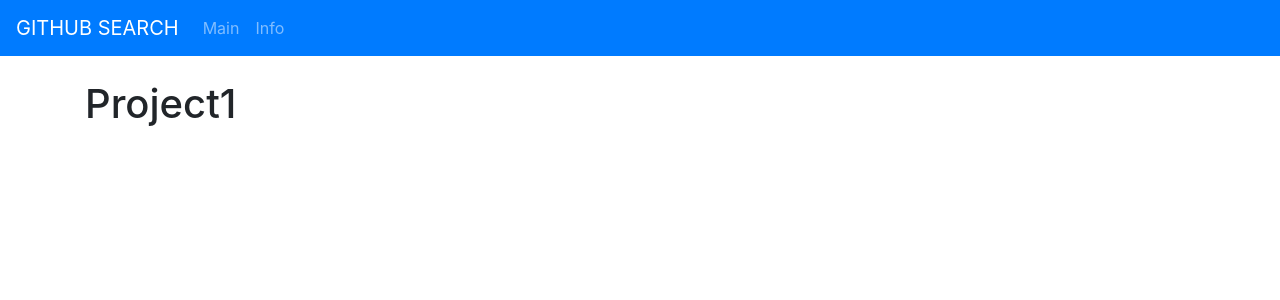
Repository: PGVlasov/react-hooks-petr
Page: /
An editor plug-in stored every save of this project. The page is shown before and after the next save, followed by the edit.
The browser window is 1280 px wide. The pictures show the whole page.
The project was rebuilt for these pictures with package versions that can differ from the ones it lists, and the page was loaded fresh each time. Imported but missing from the stored project, and not drawn on this page: src/pages/Home.

Above is the page before, as saved 2020-10-15 12:57:21.

### src/App.js
import React from "react";
import { Navbar } from "./components/Navbar";

function App() {
  return (
    <React.Fragment>
      <Navbar />
      <div className="container pt-4">
        <h1>Project1</h1>
      </div>
    </React.Fragment>
  );
}

export default App;

### src/components/Navbar.js
import React from "react";

export const Navbar = () => (
  <nav className="navbar navbar-dark bg-primary navbar-expand-lg">
    <div className="navbar-brand">GITHUB SEARCH</div>
    <ul className="navbar-nav">
      <li className="nav-item">
        <a href="/" className="nav-link">
          Main
        </a>
      </li>
      <li className="nav-item">
        <a href="/about" className="nav-link">
          Info
        </a>
      </li>
    </ul>
  </nav>
);

Loaded but not shown: public/index.html (common file); src/index.js (common file); src/index.scss (common file); src/serviceWorker.js (common file)

After the next save:
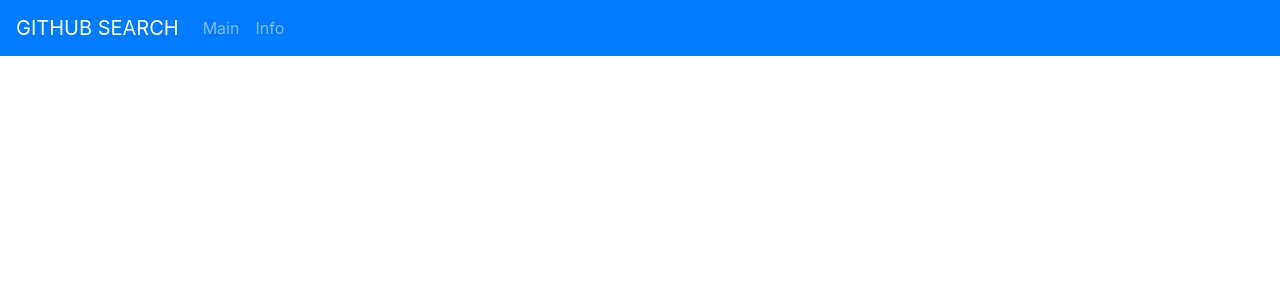
Saved 73 s later.
--- a/src/App.js
+++ b/src/App.js
@@ -1,12 +1,13 @@
 import React from "react";
 import { Navbar } from "./components/Navbar";
+import { Home } from "./pages/Home";
 
 function App() {
   return (
     <React.Fragment>
       <Navbar />
       <div className="container pt-4">
-        <h1>Project1</h1>
+        <h1>{Home}</h1>
       </div>
     </React.Fragment>
   );
